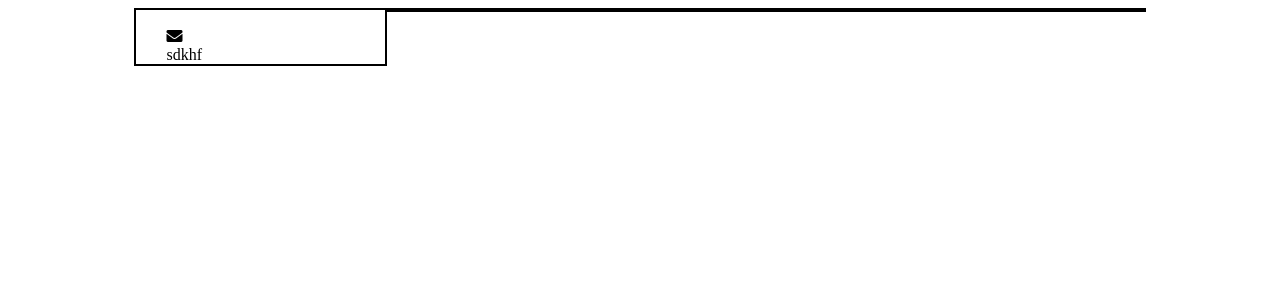
Repository: Ayushi6Sharma/Resume
Page: index.html
The author's editor kept a copy of each file at every save. The page is drawn from the files as they stood at one save, then again after the next save.
The browser window is 1280 px wide. The pictures show the whole page.
Some web libraries are served in a nearby version.

Above is the page before, as saved 2022-05-03 23:11:19.

After the next save:
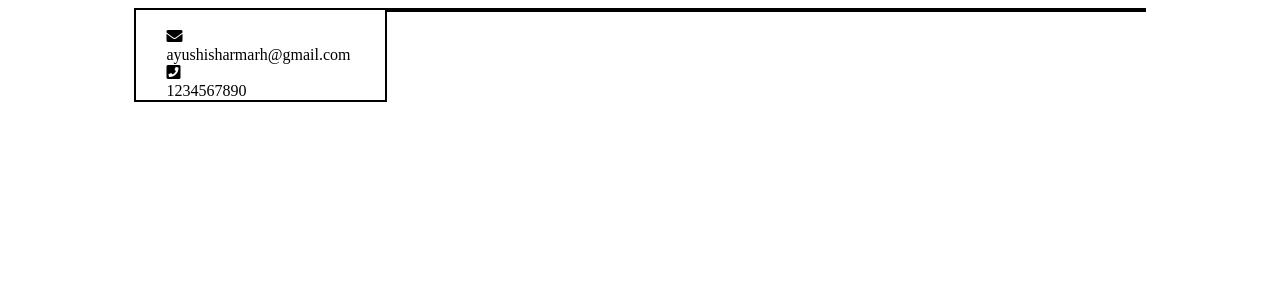
Saved 3 min 26 s later.
--- a/index.html
+++ b/index.html
@@ -25,9 +25,17 @@
                             <div class="email-icon">
                                 <i class="fa fa-envelope"></i>
                             </div>
+                            <div class="email-address">
+                                ayushisharmarh@gmail.com
+                            </div>
                         </div>
                         <div class="profile-contact">
-                            sdkhf
+                            <div class="phone-icon">
+                                <i class="fa fa-phone-square"></i>
+                            </div>
+                            <div class="phone-number">
+                                1234567890
+                            </div>
                         </div>
                         <div class="profile-linkedin"></div>
                         <div class="profile-github"></div>
